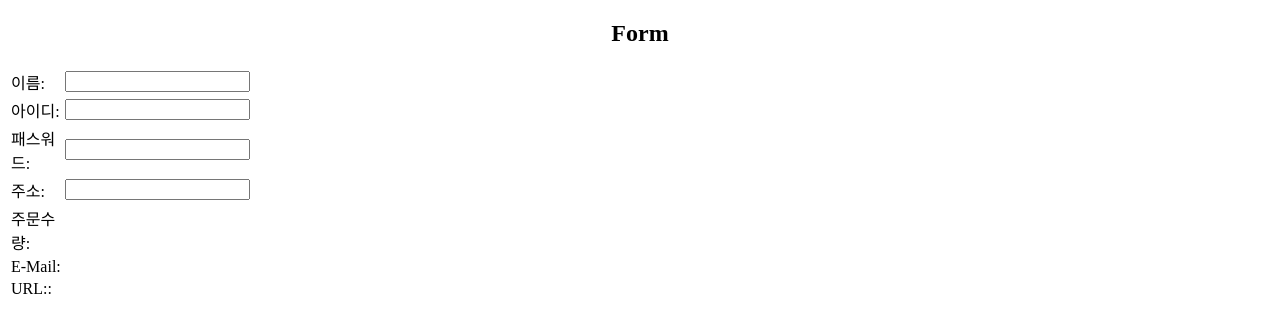
Repository: gyujin91/JSP
Page: web01/src/main/webapp/form.html
The author's editor kept a copy of each file at every save. The page is drawn from the files as they stood at one save, then again after the next save.
The browser window is 1280 px wide. The pictures show the whole page.

Above is the page before, as saved 2022-04-22 05:08:29.

After the next save:
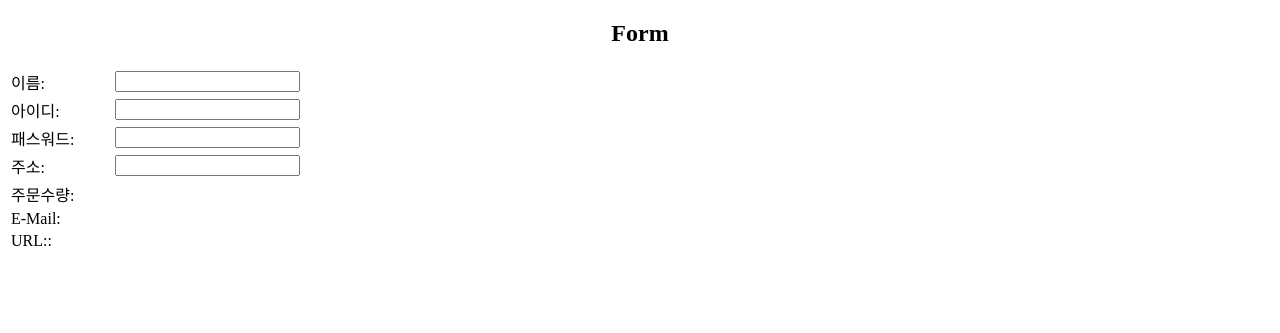
Saved 13 s later.
--- a/web01/src/main/webapp/form.html
+++ b/web01/src/main/webapp/form.html
@@ -14,7 +14,7 @@
 	<form action="loginPro.jsp" method="post" name="twin">
         <table>
             <tr>
-                <td width="50">이름:</td>
+                <td width="100">이름:</td>
                 <td><input type="text" name="name"></td>
             </tr>
             <tr>
